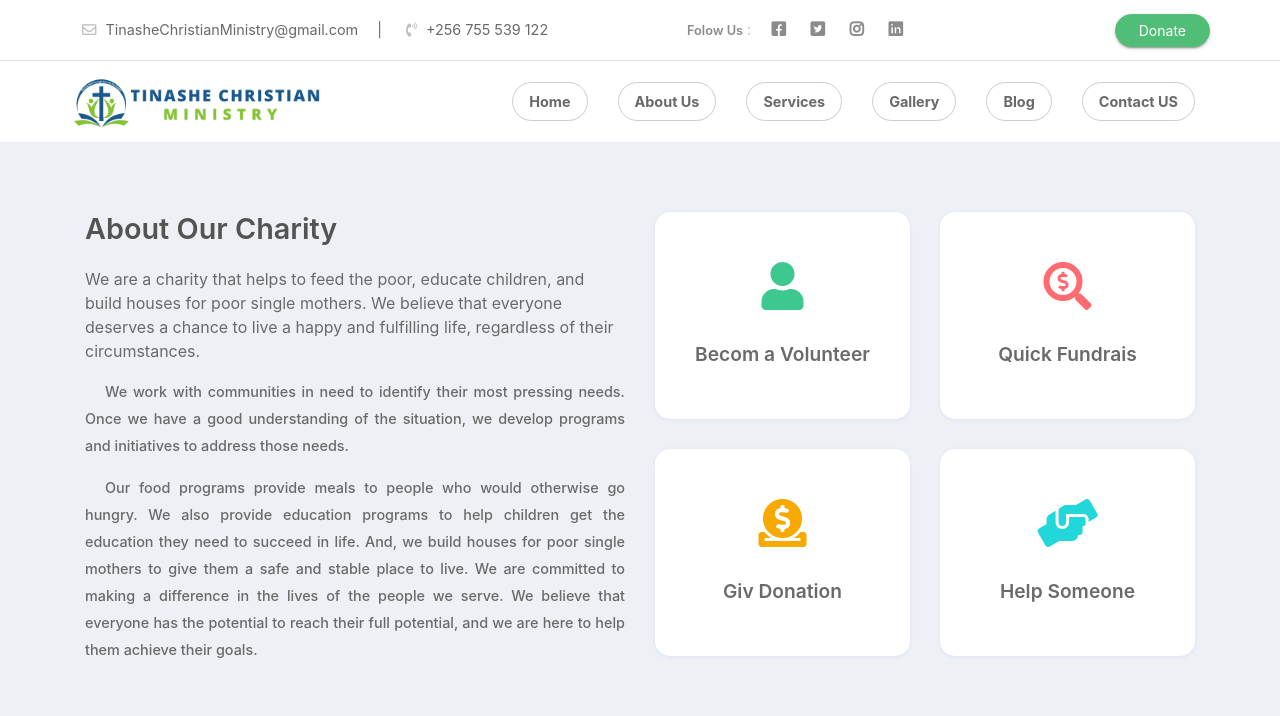
Repository: kluivert-ssali/Zziwa
Page: about_us.html
These files come from the project's save history. The page is drawn as it stood at one moment and after the next save; the edit follows.
The browser window is 1280 px wide. The pictures show the part of the page from y = 0 to 716 px (the page is 2067 px tall).
A picture or video elsewhere on the page could not be fetched, so the positions and the page height are approximate.

Above is the page before, as saved 2023-11-20 20:38:10.

### about_us.html
<!doctype html>
<html lang="en">

<head>
    <meta charset="utf-8">
    <link
    rel="shortcut icon"
    type="x-icon"
    sizes="64x64"
    href="./Logo/ziwaWEB2.0.svg"
  />
    <meta name="viewport" content="width=device-width, initial-scale=1, shrink-to-fit=no">
    <title>TinasheChristianMinistry</title>
    <link rel="shortcut icon" href="assets/images/fav.png" type="image/x-icon">
   <link href="https://fonts.googleapis.com/css2?family=Ubuntu:wght@400;500&display=swap" rel="stylesheet">
    <link rel="shortcut icon" href="assets/images/fav.jpg">
    <link rel="stylesheet" href="assets/css/bootstrap.min.css">
    <link rel="stylesheet" href="assets/css/all.min.css">
    <link rel="stylesheet" href="assets/css/animate.css">
    <link rel="stylesheet" href="assets/plugins/slider/css/owl.carousel.min.css">
    <link rel="stylesheet" href="assets/plugins/slider/css/owl.theme.default.css">
    <link rel="stylesheet" type="text/css" href="assets/css/style.css" />
</head>

<body>

<header class="continer-fluid ">
    <div  class="header-top">
        <div class="container">
            <div class="row col-det">
                <div class="col-lg-6 d-none d-lg-block">
                    <ul class="ulleft">
                        <li>
                            <i class="far fa-envelope"></i>
                            TinasheChristianMinistry@gmail.com
                            <span>|</span></li>
                        <li>
                            <i class="fas fa-phone-volume"></i>
                            +256 755 539 122</li>
                    </ul>
                </div>
                <div class="col-lg-3 col-md-6 folouws">

                    <ul class="ulright">
                       <li> <small>Folow Us </small>:</li>
                        <li>
                            <i class="fab fa-facebook-square"></i>
                        </li>
                        <li>
                            <i class="fab fa-twitter-square"></i>
                        </li>
                        <li>
                            <i class="fab fa-instagram"></i>
                        </li>
                        <li>
                            <i class="fab fa-linkedin"></i>
                        </li>
                    </ul>
                </div>
                <div class="col-lg-3 d-none d-md-block col-md-6 btn-bhed">
                    <button class="btn btn-sm btn-success" href="https://flutterwave.com/donate/cqvprj4q11oa">Donate</button>
                </div>
            </div>
        </div>
    </div>
    <div id="menu-jk" class="header-bottom">
        <div class="container">
            <div class="row nav-row">
                <div class="col-lg-3 col-md-12 logo">
                    <a href="index.html">
                        <img src="assets/images/TCM.png" alt="">
                        <a data-toggle="collapse" data-target="#menu" href="#menu"><i class="fas d-block d-lg-none  small-menu fa-bars"></i></a>
                    </a>

                </div>
                <div id="menu" class="col-lg-9 col-md-12 d-none d-lg-block nav-col">

                            <ul class="navbad">
                                <li class="nav-item active">
                                    <a class="nav-link" href="index.html">Home
                                    </a>
                                </li>
                                <li class="nav-item">
                                    <a class="nav-link" href="about_us.html">About Us</a>
                                </li>
                                <li class="nav-item">
                                    <a class="nav-link" href="services.html">Services</a>
                                </li>

                                <li class="nav-item">
                                    <a class="nav-link" href="gallery.html">Gallery</a>
                                </li>

                                <li class="nav-item">
                                    <a class="nav-link" href="blog.html">Blog</a>
                                </li>
                                <li class="nav-item">
                                    <a class="nav-link" href="contact_us.html">Contact US</a>
                                </li>




                            </ul>


                </div>
            </div>
        </div>
    </div>
</header>

  <!--  ************************* Page Title Starts Here ************************** -->




     <!--  ************************* About Us Starts Here ************************** -->

<div class="about-us container-fluid">
    <div class="container">

        <div class="row natur-row no-margin w-100">
            <div class="text-part col-md-6">
                <h2>About Our Charity</h2>
                We are a charity that helps to feed the poor, educate children, and build houses for poor single mothers. We believe that everyone deserves a chance to live a happy and fulfilling life, regardless of their circumstances. </p>
                <p> We work with communities in need to identify their most pressing needs. Once we have a good understanding of the situation, we develop programs and initiatives to address those needs.</p>

                <p>Our food programs provide meals to people who would otherwise go hungry. We also provide education programs to help children get the education they need to succeed in life. And, we build houses for poor single mothers to give them a safe and stable place to live.

                    We are committed to making a difference in the lives of the people we serve. We believe that everyone has the potential to reach their full potential, and we are here to help them achieve their goals. </p>
            </div>
            <div class="image-part col-md-6">
                <div class="about-quick-box row">
                    <div class="col-md-6">
                        <div class="about-qcard">
                           <i class="fas fa-user"></i>
                            <p>Becom a Volunteer</p>
                        </div>
                    </div>
                     <div class="col-md-6">
                        <div class="about-qcard ">
                           <i class="fas fa-search-dollar red"></i>
                            <p>Quick Fundrais</p>
                        </div>
                    </div>
                     <div class="col-md-6">
                        <div class="about-qcard ">
                           <i class="fas fa-donate yell"></i>
                            <p>Giv Donation</p>
                        </div>
                    </div>
                     <div class="col-md-6">
                        <div class="about-qcard ">
                           <i class="fas fa-hands-helping blu"></i>
                            <p>Help Someone</p>
                        </div>
                    </div>
                </div>
            </div>
        </div>
    </div>
</div>



 <!-- ################# Mission Vision Start Here #######################--->

  <section class="container-fluid mission-vision">
      <div class="container">
          <div class="row mission">
              <div class="col-md-6 mv-det">
                  <h1>Our Mission</h1>
                  <p>Our mission is to provide food, education, and shelter to those in need. We believe that everyone deserves a chance to live a happy and fulfilling life, regardless of their circumstances.</p>
              </div>
              <div class="col-md-6 mv-img">
                  <img src="assets/images/misin.jpg" alt="">
              </div>
          </div>
          <div class="row vision">
              <div class="col-md-6 mv-img">
                   <img src="assets/images/vision.jpg" alt="">
              </div>
              <div class="col-md-6 mv-det">
                   <h1>Our Vision</h1>
                   <p>Compassion: We care deeply about the people we serve, and we are committed to making a difference in their lives.
                    Respect: We treat everyone with dignity and respect, regardless of their background or circumstances.
                    Excellence: We strive to provide the best possible services to our clients.
                    Accountability: We are accountable to our donors and to the communities we serve.</p>
              </div>
          </div>
      </div>
  </section>



  <!--  ************************* Footer Starts Here ************************** -->

      <footer class="footer">
        <div class="container">
            <div class="row">
                <div class="col-md-4 col-sm-12">
                    <h2>About Us</h2>
                    <p>
                        We are a charity that helps to feed the poor, educate children, and build houses for poor single mothers. We believe that everyone deserves a chance to live a happy and fulfilling life, regardless of their circumstances.
                    </p>
                    <p>We focus on technologies that promise to reduce costs, streamline processes and speed time-to-market, Backed by our strong quality processes and rich experience managing global... </p>
                </div>
                <div class="col-md-4 col-sm-12">
                    <h2>Useful Links</h2>
                    <ul class="list-unstyled link-list">
                        <li><a ui-sref="about" href="#/about">About us</a><i class="fa fa-angle-right"></i></li>
                        <li><a ui-sref="portfolio" href="#/portfolio">Portfolio</a><i class="fa fa-angle-right"></i></li>
                        <li><a ui-sref="products" href="#/products">Latest jobs</a><i class="fa fa-angle-right"></i></li>
                        <li><a ui-sref="gallery" href="#/gallery">Gallery</a><i class="fa fa-angle-right"></i></li>
                        <li><a ui-sref="contact" href="#/contact">Contact us</a><i class="fa fa-angle-right"></i></li>
                    </ul>
                </div>
                <div class="col-md-4 col-sm-12 map-img">
                    <h2>Contact Us</h2>
                    <address class="md-margin-bottom-40">
                        Nansana <br>
                        Kibwa (Wakiso District) <br>
                        Hoima Road <br>
                        Phone: +256 755 539 122 <br>
                        Email: <a href="TinasheChristianMinistry@gmail.com " class="">TinasheChristianMinistry@gmail.com </a><br>
                    </address>

                </div>
            </div>


            <div class="nav-box row clearfix">
                <div class="inner col-md-9 clearfix">
                    <ul class="footer-nav clearfix">
                        <li><a href="#">Home</a></li>
                        <li><a href="#">About</a></li>
                        <li><a href="#">Gallery</a></li>
                        <li><a href="#">Servies</a></li>
                        <li><a href="#">Blog</a></li>
                        <li><a href="#">Contact</a></li>
                    </ul>


                </div>
                  <div class="donate-link col-md-3"><a href="https://flutterwave.com/donate/cqvprj4q11oa" class="btn btn-primary "><span class="btn-title">Donate Now</span></a></div>
            </div>

        </div>


    </footer>
    <div class="copy">
        <div class="container">
            <a href="https://kluivertssali.netlify.app" target="_blank" style="color: blue;">2023 &copy; All Rights Reserved | Designed and Developed by Ssali Kluivert</a>

            <span>
            <a><i class="fab fa-github"></i></a>
            <a><i class="fab fa-google-plus-g"></i></a>
            <a><i class="fab fa-pinterest-p"></i></a>
            <a><i class="fab fa-twitter"></i></a>
            <a><i class="fab fa-facebook-f"></i></a>
    </span>
        </div>

    </div>


</body>

<script src="assets/js/jquery-3.2.1.min.js"></script>
<script src="assets/js/popper.min.js"></script>
<script src="assets/js/bootstrap.min.js"></script>
<script src="assets/plugins/scroll-fixed/jquery-scrolltofixed-min.js"></script>
<script src="assets/plugins/slider/js/owl.carousel.min.js"></script>
<script src="assets/js/script.js"></script>

</html>

Loaded but not shown: assets/css/bootstrap.min.css (library); assets/css/all.min.css (library); assets/css/animate.css (library); assets/plugins/slider/css/owl.carousel.min.css (library); assets/plugins/slider/css/owl.theme.default.css (common file); assets/js/jquery-3.2.1.min.js (library); assets/js/popper.min.js (library); assets/js/bootstrap.min.js (library); assets/plugins/scroll-fixed/jquery-scrolltofixed-min.js (library); assets/plugins/slider/js/owl.carousel.min.js (library); assets/js/script.js (69 lines, source omitted); assets/css/style.css (795 lines, source omitted)

After the next save:
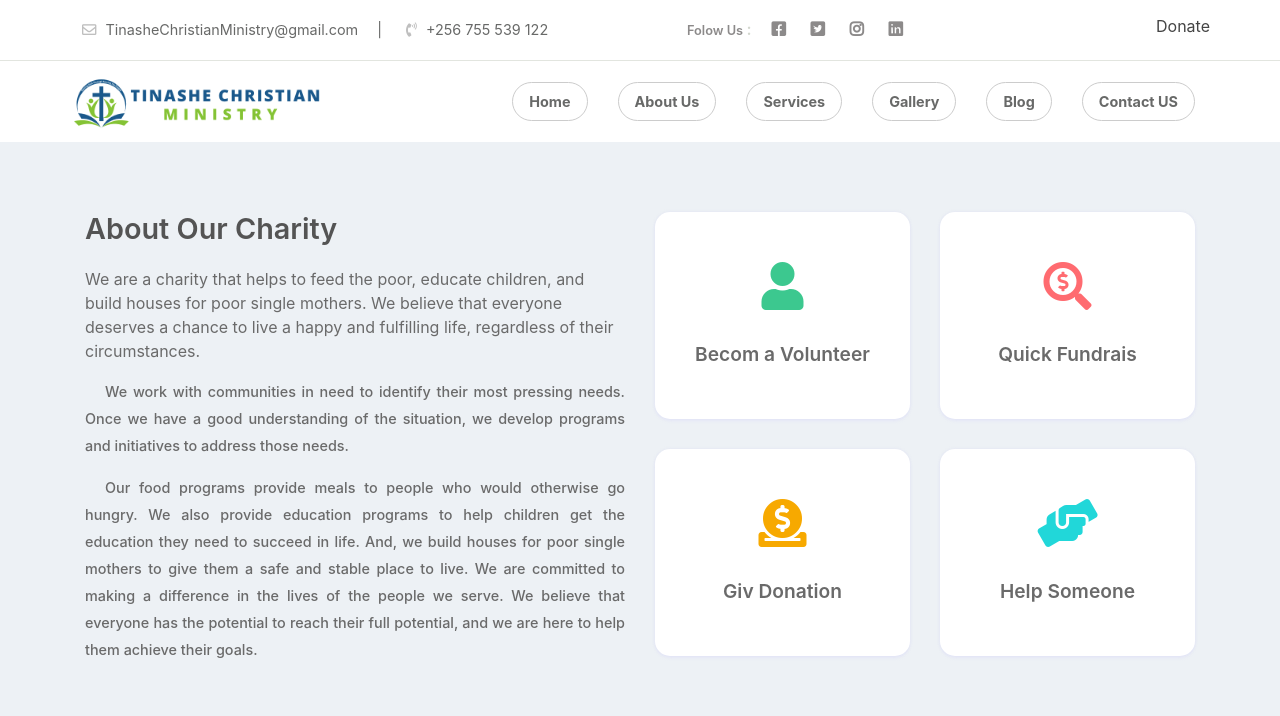
Saved 5 min 24 s later.
--- a/about_us.html
+++ b/about_us.html
@@ -58,7 +58,11 @@
                     </ul>
                 </div>
                 <div class="col-lg-3 d-none d-md-block col-md-6 btn-bhed">
-                    <button class="btn btn-sm btn-success" href="https://flutterwave.com/donate/cqvprj4q11oa">Donate</button>
+                    <a
+                    href="https://flutterwave.com/donate/cqvprj4q11oa"
+                    target="_blank"
+                    >Donate</a
+                  >
                 </div>
             </div>
         </div>

After the save that followed:
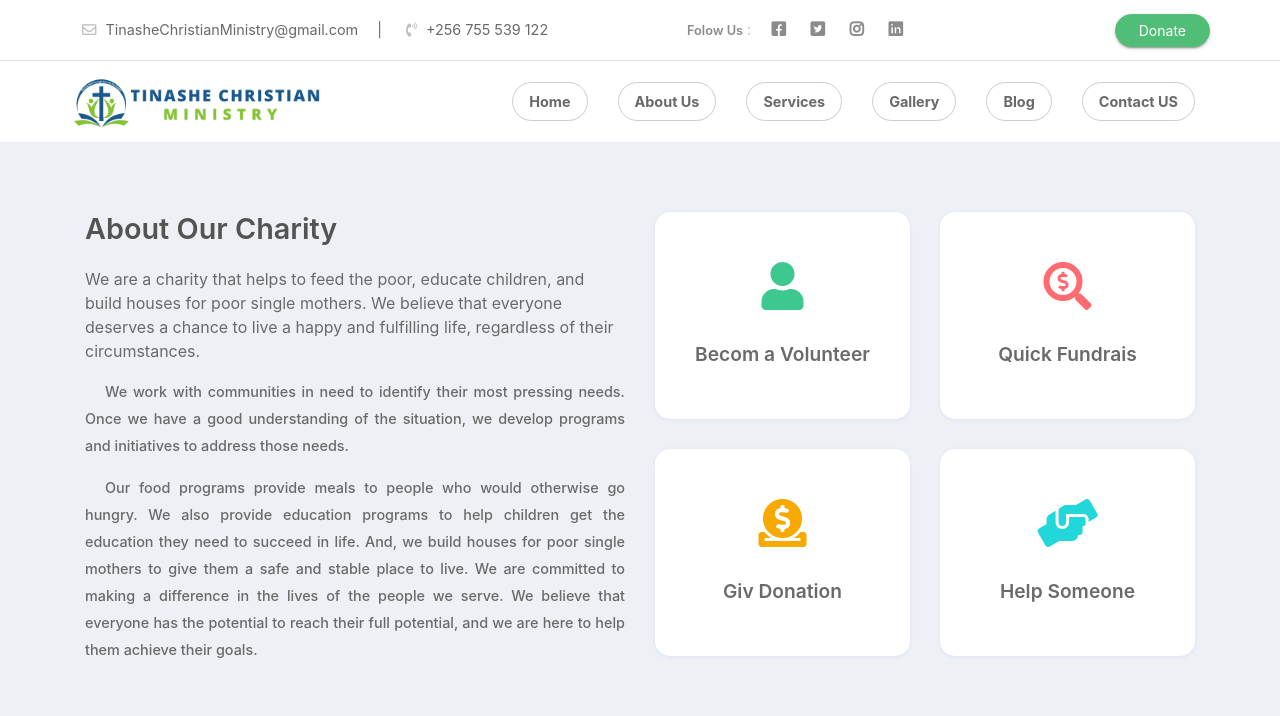
Saved 17 s later.
--- a/about_us.html
+++ b/about_us.html
@@ -58,11 +58,7 @@
                     </ul>
                 </div>
                 <div class="col-lg-3 d-none d-md-block col-md-6 btn-bhed">
-                    <a
-                    href="https://flutterwave.com/donate/cqvprj4q11oa"
-                    target="_blank"
-                    >Donate</a
-                  >
+                    <button class="btn btn-sm btn-success" href="https://flutterwave.com/donate/cqvprj4q11oa">Donate</button>
                 </div>
             </div>
         </div>
